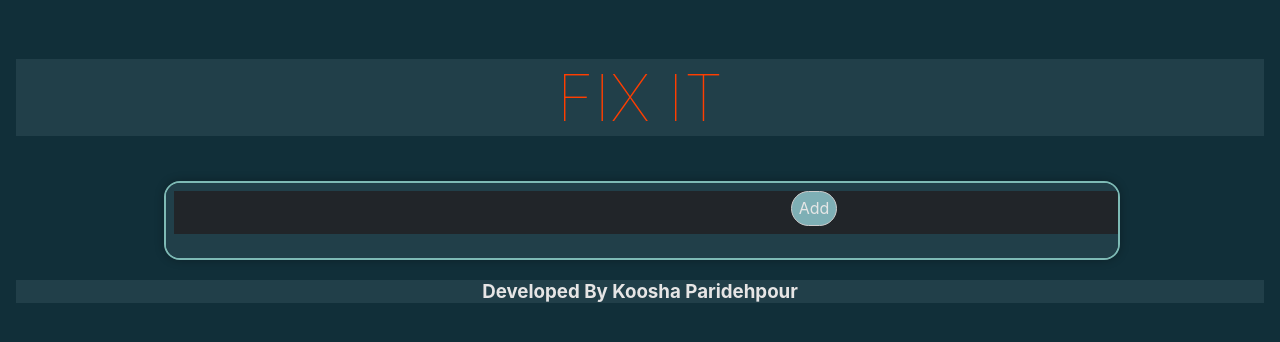
Repository: KooshaPari/fixit-go
Page: / (app in frontend/)
The author's editor kept a copy of each file at every save. The page is drawn from the files as they stood at one save, then again after the next save.
The browser window is 1280 px wide. The pictures show the whole page.
The page's requests for data from a server got no answer. The project was rebuilt for these pictures with package versions that can differ from the ones it lists, and the page was loaded fresh each time. No one was signed in, and anything a server would have sent is missing.

Above is the page before, as saved 2024-09-24 23:27:10.

### frontend/public/index.html
<!DOCTYPE html>
<html lang="en">
	<head>
		<meta charset="utf-8" />
		<meta name="viewport" content="width=device-width,initial-scale=1" />

		<title>Svelte app</title>

		<link rel="icon" type="image/png" href="/favicon.png" />
		<link rel="stylesheet" href="/global.css" />
		<link rel="stylesheet" href="/build/bundle.css" />

		<script defer src="/build/bundle.js"></script>
	</head>

	<body></body>
</html>

### frontend/src/main.js
import App from "./App.svelte";

const app = new App({
	target: document.body,
	props: {
		name: "fixIt",
	},
});

### frontend/src/App.svelte
<script>
	import { onMount, afterUpdate } from "svelte";
	import Modal from "./Modal.svelte";
	import { prevent_default } from "svelte/internal";
	import { fly, fade } from "svelte/transition";
	let todos = [];
	let tempid = -1;
	onMount(async () => {
		try {
			const response = await fetch("http://localhost:8081/api/todos");
			if (!response.ok) {
				throw new Error(`HTTP error! status: ${response.status}`);
			}
			console.log("GRABBING TODOS");
			todos = await response.json();
		} catch (error) {
			console.error("Error fetching todos:", error);
		}
	});
	let showCreateModal = false;
	let showEditModal = false;
	async function loadEditPopup(id) {
		showEditModal = true;
		const response = await fetch(`http://localhost:8081/api/todos/${id}`, {
			method: "GET",
			headers: { "Content-Type": "application/json" },
		});
		const todo = await response.json();
		// Update the title, description, and dueDate variables
		title = todo.title;
		description = todo.description;
		dueDate = todo.dueDate;
		tempid = todo.id;
	}
	async function editTodo(title, description, dueDate) {
		const id = tempid;
		const newTodo = { id, title, description, dueDate };
		tempid = -1;
		try {
			const response = await fetch(`http://localhost:8081/api/todos/${id}`, {
				method: "PUT",
				headers: { "Content-Type": "application/json" },
				body: JSON.stringify(newTodo),
			});
			const updatedTodo = await response.json();
			todos = todos.map((todo) => (todo.id === id ? updatedTodo : todo));
		} catch (error) {
			console.error("Error editing todo:", error);
		}
	}

	async function createTodo(title, description, dueDate) {
		/**Generate ToDo Object, add to local array, then create fetch object to server to add to remote array*/

		const newTodo = { title, description, dueDate };
		try {
			const response = await fetch("http://localhost:8081/api/todos", {
				method: "POST",
				headers: { "Content-Type": "application/json" },
				body: JSON.stringify(newTodo),
			});
			const createdTodo = await response.json();
			todos = [...todos, createdTodo];
		} catch (error) {
			console.error("Error creating todo:", error);
		}
		showCreateModal = false;
	}
	async function deleteTodo(id) {
		console.log("DELETING: " + id);
		if (id !== undefined) {
			todos = todos.filter((todo) => todo.id !== id);
			const response = await fetch(`http://localhost:8081/api/todos/${id}`, {
				method: "DELETE",
				headers: { "Content-Type": "application/json" },
			});
		} else {
			console.error("Cannot delete todo item: id is undefined");
		}
	}
	let title;
	let description;
	let dueDate;
</script>

<main>
	<!---->

	<div id="header">
		<div id="logoCont">
			<h1>Fix It</h1>
		</div>
	</div>
	<div id="body">
		<div id="fixItApp" style="overflow-y:auto; padding: 0.5em;">
			<Modal bind:showModal={showEditModal}>
				<h2>Edit Todo Item</h2>
				<form>
					<input
						type="text"
						id="todo-title"
						bind:value={title}
						placeholder="Todo title"
					/>
					<input
						type="text"
						id="todo-description"
						bind:value={description}
						placeholder="Todo description"
					/>
					<input
						type="text"
						id="todo-dueDate"
						bind:value={dueDate}
						placeholder="Todo dueDate"
					/>
					<button
						on:click={(event) => {
							editTodo(title, description, dueDate);
						}}>Edit</button
					>
				</form>
			</Modal>
			<Modal bind:showModal={showCreateModal}>
				<h2>Create Todo Item</h2>
				<form>
					<input
						type="text"
						id="todo-title"
						bind:value={title}
						placeholder="Todo title"
					/>
					<input
						type="text"
						id="todo-description"
						bind:value={description}
						placeholder="Todo description"
					/>
					<input
						type="text"
						id="todo-dueDate"
						bind:value={dueDate}
						placeholder="Todo dueDate"
					/>
					<button on:click={() => createTodo(title, description, dueDate)}
						>Create</button
					>
				</form>
			</Modal>
			<div
				style="box-sizing: border-box; background-color:#212529;  display: block; position: sticky; top: 0; width: 100vw; "
			>
				<button
					on:click={() => {
						showCreateModal = true;
					}}
					class="addBtn">Add</button
				>
			</div>
			<div id="todoList">
				<ul id="todos">
					{#each todos as todo, index}
						<li
							class="todoLstItm"
							in:fly={{ y: 200, duration: 2000, delay: index * 100 }}
							out:fade={{ duration: 2000 }}
						>
							<div class="todoLstItmContLeft">
								<button
									on:click={() => deleteTodo(todo.id)}
									class="completeBtn todoBtn">&#10003;</button
								>
							</div>
							<div class="todoLstItmConRight">
								<h3 style="padding-inline: 1em; font-size: 0.75em; width: 40%;">
									{todo.title}
								</h3>
								<div style="display:flex; flex-direction:column; width: 40% ">
									<p class="todotxt">{todo.description}</p>
									<!-- due Date below-->
									<p class="todotxt">{todo.dueDate}</p>
								</div>
								<div class="todoLstItmConRightBtns">
									<button
										on:click={() => loadEditPopup(todo.id)}
										class="deleteBtn todoBtn">&#9998;</button
									>
									<button
										on:click={() => deleteTodo(todo.id)}
										class="editBtn todoBtn">&#10006;</button
									>
								</div>
							</div>
						</li>
					{/each}
				</ul>
			</div>
		</div>
	</div>
	<div id="footer">
		<h3>Developed By Koosha Paridehpour</h3>
	</div>
</main>

<style>
	main {
		text-align: center;
		padding: 1em;
		max-width: 240px;
		margin: 0 auto;
	}

	h1 {
		color: #ff3e00;
		text-transform: uppercase;
		font-size: 4em;
		font-weight: 100;
	}
	#fixItApp {
		border: 2px solid #7ebab5;
		padding: 1em;
		border-radius: 1em;
		width: 75%;
		max-height: 65vh;
		box-shadow: 0 0 10px rgba(0, 0, 0, 0.3);
		background-color: #213f49;
	}
	#fixItApp button:hover {
		background-color: #0e4a45;
	}
	#fixItApp button:active {
		background-color: #0a4440;
	}
	@media (min-width: 640px) {
		main {
			max-width: none;
		}
	}
	.todoLstItmContLeft {
		background-color: #314d59;
		width: 25%;
		border-radius: 0.625em 0 0 0.625em;
		display: flex;
		align-items: center;
		justify-content: center;
	}
	.todoLstItmConRight {
		width: 75%;
		justify-content: center;
		align-items: center;
		overflow: hidden;
	}
	.todoLstItmConRight * {
		display: flex;
		justify-content: flex-start;
		align-items: flex-start;
	}
	.todoLstItmConRightBtns {
		display: flex;
		flex-direction: column;
		width: 20%;
		padding: 0.5em;
	}
	.todoLstItm {
		background-color: #415d69;
		margin: 0;
		border-radius: 0.625em;
		box-shadow: 0 0 10px rgba(0, 0, 0, 0.3);
		display: flex;
		flex-direction: row;
	}
	.todotxt {
		font-size: 0.25em;
		text-align: left;
	}
	.todoLstItmContLeft,
	.todoLstItmConRight {
		display: flex;
		padding: 0.25em;
	}
	ul {
		list-style-type: none;
	}
	#body {
		align-items: flex-start;
		justify-content: center;
		display: flex;
		width: 100%;
		padding: 0.125em;
	}
	#header,
	#footer {
		background-color: #213f49;
		width: 100%;
		margin: 0;
	}

	.todoBtn {
		background-color: #314d59;
		border-radius: 0.5em;
		color: #f6f5f5;
		width: 100%;
		height: 25%;
		padding: 0.25em;
		display: flex;
		align-items: center;
		justify-content: center;
	}
	.completeBtn {
		width: 2.5em;
		height: 2.5em;
		padding: 0.25em;
		border-radius: 2.5em;
		background-color: #7eafb5;
		font-size: 100%;
	}
	#popupCont {
		background-color: #213f49;
		width: 100%;
		height: 100%;
		display: none;
		flex-direction: column;
		align-items: center;
		justify-content: center;
	}
	.popup.open {
		display: block !important;
	}
	#todos {
		padding-inline-start: 0 !important;
	}
	#todos > li {
		margin: 0.5em;
	}
	.addBtn {
		border-radius: 2em;
		background-color: #7eafb5;
		color: #e6e6e6;
	}
</style>

### frontend/src/Modal.svelte
<script>
	export let showModal; // boolean

	let dialog; // HTMLDialogElement

	$: if (dialog && showModal) dialog.showModal();
</script>

<!-- svelte-ignore a11y-click-events-have-key-events a11y-no-noninteractive-element-interactions -->
<dialog
	bind:this={dialog}
	on:close={() => (showModal = false)}
	on:click|self={() => dialog.close()}
>
	<!-- svelte-ignore a11y-no-static-element-interactions -->
	<div on:click|stopPropagation>
		<slot name="header" />
		<hr />
		<slot />
		<hr />
		<!-- svelte-ignore a11y-autofocus -->
		<button autofocus on:click={() => dialog.close()}>close</button>
	</div>
</dialog>

<style>
	dialog {
		max-width: 32em;
		border-radius: 1em;
		border: none;
		padding: 1em;
		background-color: #213f49;
		color: #e6e6e6;
	}
	dialog::backdrop {
		background: rgba(0, 0, 0, 0.3);
	}
	dialog > div {
		padding: 1em;
	}
	dialog[open] {
		animation: zoom 0.3s cubic-bezier(0.34, 1.56, 0.64, 1);
	}
	dialog button {
		border-radius: 2em;
		background-color: #7ebab5;
	}
	@keyframes zoom {
		from {
			transform: scale(0.95);
		}
		to {
			transform: scale(1);
		}
	}
	dialog[open]::backdrop {
		animation: fade 0.2s ease-out;
	}
	@keyframes fade {
		from {
			opacity: 0;
		}
		to {
			opacity: 1;
		}
	}
	button {
		display: block;
	}
</style>

### frontend/public/global.css
html,
body {
	position: relative;
	width: 100%;
	height: 100%;
}

body {
	color: #e6e5e5;
	background-color: #112f39;
	margin: 0;
	padding: 0px;
	box-sizing: border-box;
	font-family: -apple-system, BlinkMacSystemFont, "Segoe UI", Roboto,
		Oxygen-Sans, Ubuntu, Cantarell, "Helvetica Neue", sans-serif;
}

a {
	color: rgb(0, 100, 200);
	text-decoration: none;
}

a:hover {
	text-decoration: underline;
}

a:visited {
	color: rgb(0, 80, 160);
}

label {
	display: block;
}

input,
button,
select,
textarea {
	font-family: inherit;
	font-size: inherit;
	-webkit-padding: 0.4em 0;
	padding: 0.4em;
	margin: 0 0 0.5em 0;
	box-sizing: border-box;
	border: 1px solid #ccc;
	border-radius: 2px;
}

input:disabled {
	color: #ccc;
}

button {
	color: #333;
	background-color: #f4f4f4;
	outline: none;
}

button:disabled {
	color: #999;
}

button:not(:disabled):active {
	background-color: #ddd;
}

button:focus {
	border-color: #666;
}

After the next save:
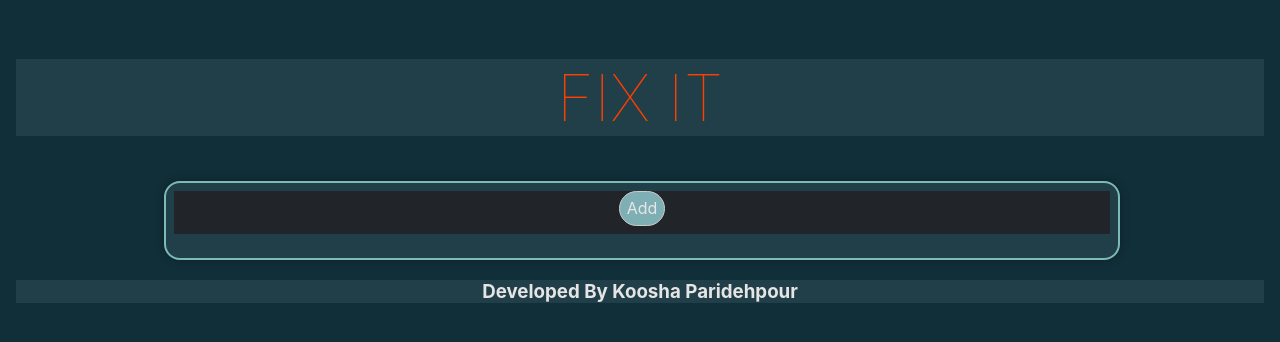
Saved 51 s later.
--- a/frontend/src/App.svelte
+++ b/frontend/src/App.svelte
@@ -148,7 +148,7 @@
 				</form>
 			</Modal>
 			<div
-				style="box-sizing: border-box; background-color:#212529;  display: block; position: sticky; top: 0; width: 100vw; "
+				style="box-sizing: border-box; background-color:#212529;  display: block; position: sticky; top: 0; width: 1-00v; "
 			>
 				<button
 					on:click={() => {
